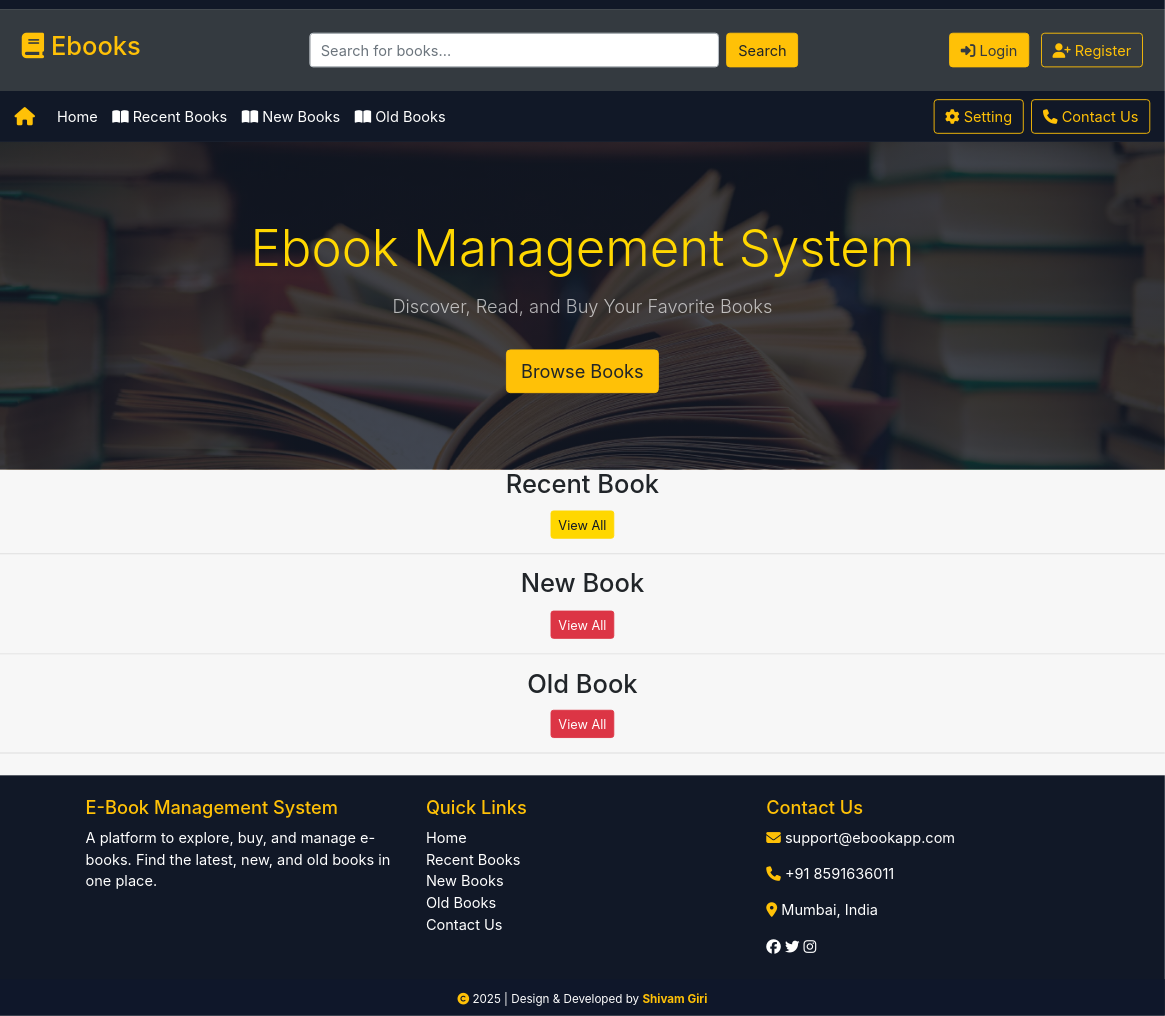
Repository: ShivammGiri29/Ebook
Page: http://localhost/Ebook-App/
The author's editor kept a copy of each file at every save. The page is drawn from the files as they stood at one save, then again after the next save.
The browser window is 1280 px wide. The pictures show the whole page, at 91% of full size.
Some web libraries are served in a nearby version. The page is served by Tomcat 9. Other server files are loaded and not shown. Queries for data that is not in the repository find no rows.

Above is the page before, as saved 2025-09-15 02:36:55.

### Ebook-App/src/main/webapp/index.jsp
<%@page import="com.entity.user"%>
<%@page import="com.entity.BookDtls"%>
<%@page import="java.util.List"%>
<%@page import="com.DAO.BookDAOImpl"%>
<%@ page language="java" contentType="text/html; charset=UTF-8"
	pageEncoding="UTF-8"%>
<%@ page import="java.sql.Connection"%>
<%@ page import="com.DB.DBConnect"%>

<!DOCTYPE html>
<html>
<head>
<meta charset="UTF-8">
<title>Ebook: Index</title>
<%@include file="all_component/allCss.jsp"%>
<style type="text/css">
.back-img {
    background: url("img/book.webp") center/cover no-repeat;
    height: 50vh;
    position: relative;
}

.back-img::after {
    content: "";
    position: absolute;
    top: 0; left: 0; right: 0; bottom: 0;
    background: rgba(0,0,0,0.5);
}

.ebook-title {
    position: relative;
    font-size: 52px;
    font-weight: bold;
    text-align: center;
    text-transform: uppercase;
    color: #fff; /* white text */
    text-shadow: 0 0 10px #ff3c3c, 0 0 20px #ff3c3c, 0 0 40px #ff0000;
    animation: glow 2s infinite alternate;
    z-index: 1;
}

@keyframes glow {
    from {
        text-shadow: 0 0 5px #ff3c3c, 0 0 10px #ff5e5e, 0 0 20px #ff7e7e;
    }
    to {
        text-shadow: 0 0 20px #ff0000, 0 0 30px #ff3333, 0 0 60px #ff6666;
    }
}
.btn-premium {
    background-color: #FFD700; /* Gold */
    color: #111827;            /* Dark text for contrast */
    border: 1px solid #FFD700;
    transition: all 0.3s;
}

.btn-premium:hover {
    background-color: transparent;
    color: #FFD700;
    border: 1px solid #FFD700;
}


.crd-ho:hover {
	background-color: #fcf7f7;
}
</style>
</head>

<body style="background-color: #f7f7f7;">

	<%
	user u = (user) session.getAttribute("userobj");
	%>


	<%@include file="all_component/nav.jsp"%>
	<!-- Hero Section -->
<div class="container-fluid" style="background: linear-gradient(rgba(17,24,39,0.8), rgba(17,24,39,0.8)), url('img/book.webp') center/cover no-repeat; height: 50vh;">
    <div class="d-flex flex-column justify-content-center align-items-center h-100 text-center text-white">
        <h1 class="display-4 fw-bold" style="color: #FFD700;">Ebook Management System</h1>
        <p class="lead mt-2" style="color: #ffffffaa;">Discover, Read, and Buy Your Favorite Books</p>
        <a href="all_recent_book.jsp" class="btn btn-warning btn-lg mt-3">Browse Books</a>
    </div>
</div>

	<!-- RECENT BOOK -->
	<div class="container-fluid">
		<h3 class="text-center">Recent Book</h3>
		<div class="row">
			<%
			BookDAOImpl dao2 = new BookDAOImpl(DBConnect.getConn());
			List<BookDtls> list2 = dao2.getRecentBook();
			for (BookDtls b : list2) {
			%>
			<div class="col-md-3">
				<div class="card crd-ho">
					<div class="card-body text-center">
						<img alt="" src="Book/<%=b.getPhotoName()%>"
							style="width: 150px; height: 200px;" class="img-thumbnail">
						<p><%=b.getBookName()%></p>
						<p><%=b.getAuthor()%></p>
						<p>
							Categories:
							<%=b.getBookCategory()%></p>

						<%
						if (b.getBookCategory().equals("Old")) {
						%>
						<div class="text-center mt-2">
							<a href="view_books.jsp?bid=<%=b.getBookId()%>" class="btn btn-success btn-sm mx-1">View Details</a> <a
								href="" class="btn btn-warning btn-sm mx-1"> <i
								class="fa-solid fa-indian-rupee-sign"></i> <%=b.getPrice()%>
							</a>
						</div>
						<%
						} else {
						%>
						<div class="text-center mt-2">
							<%
							if (u == null) {
							%>
							<a href="login.jsp" class="btn btn-danger btn-sm mx-1"> <i
								class="fa-solid fa-cart-plus"></i> Add Cart
							</a>

							<%
							} else {
							%>
							<a href="cart?bid=<%=b.getBookId()%>&&uid=<%=u.getId()%>"
								class="btn btn-danger btn-sm mx-1"> <i
								class="fa-solid fa-cart-plus"></i> Add Cart
							</a>
							<%
							}
							%>

							<a href="view_books.jsp?bid=<%=b.getBookId()%>"
								class="btn btn-success btn-sm mx-1">View Details</a> <a href=""
								class="btn btn-warning btn-sm mx-1"> <i
								class="fa-solid fa-indian-rupee-sign"></i> <%=b.getPrice()%>
							</a>
						</div>
						<%
						}
						%>
					</div>
				</div>
			</div>
			<%
			}
			%>
		</div>
		<div class="text-center mt-1">
			<a href="all_recent_book.jsp" class="btn btn-premium btn-sm">View All</a>

		</div>
	</div>

	<hr>
	<!-- END OF RECENT BOOKS -->

	<!-- NEW BOOK -->
	<div class="container-fluid">
		<h3 class="text-center">New Book</h3>
		<div class="row">

			<%
			BookDAOImpl dao = new BookDAOImpl(DBConnect.getConn());
			List<BookDtls> list = dao.getNewBook();
			for (BookDtls b : list) {
			%>
			<div class="col-md-3">
				<div class="card crd-ho">
					<div class="card-body text-center">
						<img alt="" src="Book/<%=b.getPhotoName()%>"
							style="width: 150px; height: 200px;" class="img-thumbnail">
						<p><%=b.getBookName()%></p>
						<p><%=b.getAuthor()%></p>
						<p>
							Categories:
							<%=b.getBookCategory()%></p>

						<div class="text-center mt-2">
							<%
							if (u == null) {
							%>
							<a href="login.jsp" class="btn btn-danger btn-sm mx-1"> <i
								class="fa-solid fa-cart-plus"></i> Add Cart
							</a>

							<%
							} else {
							%>
							<a href="cart?bid=<%=b.getBookId()%>&&uid=<%=u.getId()%>"
								class="btn btn-danger btn-sm mx-1"> <i
								class="fa-solid fa-cart-plus"></i> Add Cart
							</a>
							<%
							}
							%>

							<a href="view_books.jsp?bid=<%=b.getBookId()%>"
								class="btn btn-success btn-sm mx-1">View Details</a> <a href=""
								class="btn btn-warning btn-sm mx-1"> <i
								class="fa-solid fa-indian-rupee-sign"></i> <%=b.getPrice()%>
							</a>
						</div>

					</div>
				</div>
			</div>
			<%
			}
			%>

		</div>
		<div class="text-center mt-1">
			<a href="all_new_book.jsp" class="btn btn-danger btn-sm text-white">View
				All</a>
		</div>
	</div>

	<hr>
	<!-- END OF NEW BOOKS -->
	<!-- OLD BOOK -->
	<div class="container-fluid">
		<h3 class="text-center">Old Book</h3>
		<div class="row">
			<%
			BookDAOImpl dao3 = new BookDAOImpl(DBConnect.getConn());
			List<BookDtls> list3 = dao3.getOldBooks();

			for (BookDtls b : list3) {
			%>
			<div class="col-md-3">
				<div class="card crd-ho">
					<div class="card-body text-center">
						<img alt="" src="Book/<%=b.getPhotoName()%>"
							style="width: 150px; height: 200px;" class="img-thumbnail">
						<p><%=b.getBookName()%></p>
						<p><%=b.getAuthor()%></p>
						<p>
							Categories:
							<%=b.getBookCategory()%></p>

						<div class="text-center mt-2">
							<a href="view_books.jsp?bid=<%=b.getBookId()%>"
								class="btn btn-success btn-sm mx-1">View Details</a> <a href=""
								class="btn btn-warning btn-sm mx-1"> <i
								class="fa-solid fa-indian-rupee-sign"></i><%=b.getPrice()%>
							</a>
						</div>

					</div>
				</div>
			</div>
			<%
			}
			%>
		</div>
		<div class="text-center mt-1">
			<a href="all_old_book.jsp" class="btn btn-danger btn-sm text-white">View
				All</a>
		</div>
	</div>
	<hr>

	<!-- END OF OLD BOOKS -->





	<%@include file="all_component/footer.jsp"%>
</body>
</html>

### Ebook-App/src/main/webapp/all_component/allCss.jsp
<link rel="stylesheet"
	href="https://cdn.jsdelivr.net/npm/bootstrap@4.0.0/dist/css/bootstrap.min.css"
	integrity="sha384-Gn5384xqQ1aoWXA+058RXPxPg6fy4IWvTNh0E263XmFcJlSAwiGgFAW/dAiS6JXm"
	crossorigin="anonymous">
<script src="https://code.jquery.com/jquery-3.2.1.slim.min.js"
	integrity="sha384-KJ3o2DKtIkvYIK3UENzmM7KCkRr/rE9/Qpg6aAZGJwFDMVNA/GpGFF93hXpG5KkN"
	crossorigin="anonymous"></script>
<script
	src="https://cdn.jsdelivr.net/npm/popper.js@1.12.9/dist/umd/popper.min.js"
	integrity="sha384-ApNbgh9B+Y1QKtv3Rn7W3mgPxhU9K/ScQsAP7hUibX39j7fakFPskvXusvfa0b4Q"
	crossorigin="anonymous"></script>
<script
	src="https://cdn.jsdelivr.net/npm/bootstrap@4.0.0/dist/js/bootstrap.min.js"
	integrity="sha384-JZR6Spejh4U02d8jOt6vLEHfe/JQGiRRSQQxSfFWpi1MquVdAyjUar5+76PVCmYl"
	crossorigin="anonymous"></script>
<link rel="stylesheet"
	href="https://cdnjs.cloudflare.com/ajax/libs/font-awesome/6.7.2/css/all.min.css"
	integrity="sha512-Evv84Mr4kqVGRNSgIGL/F/aIDqQb7xQ2vcrdIwxfjThSH8CSR7PBEakCr51Ck+w+/U6swU2Im1vVX0SVk9ABhg=="
	crossorigin="anonymous" referrerpolicy="no-referrer" />

<link rel="stylesheet" href="all_component/style.css">

### Ebook-App/src/main/webapp/all_component/nav.jsp
<%@ taglib prefix="c" uri="http://java.sun.com/jsp/jstl/core"%>
<%@page isELIgnored="false"%>

<!-- Top Thin Bar -->
<div class="container-fluid" style="height: 10px; background-color: #111827;"></div>

<!-- Logo + Search + User Section -->
<div class="container-fluid p-4 bg-dark text-white shadow-sm">
  <div class="row align-items-center">

    <!-- Logo -->
    <div class="col-md-3 text-warning">
      <h3>
        <i class="fa-solid fa-book"></i> Ebooks
      </h3>
    </div>

    <!-- Search -->
    <div class="col-md-6">
      <form class="form-inline my-2 my-lg-0" action="search.jsp" method="post">
        <input class="form-control mr-sm-2 w-75" type="search" name="ch"
          placeholder="Search for books..." aria-label="Search">
        <button class="btn btn-warning my-2 my-sm-0" type="submit">Search</button>
      </form>
    </div>

    <!-- User Section -->
    <c:if test="${not empty userobj}">
      <div class="col-md-3 text-right">
        <a href="checkout.jsp" class="btn btn-outline-warning mr-2">
          <i class="fa-solid fa-cart-plus"></i>
        </a>
        <a href="#" class="btn btn-warning text-dark mr-2">
          <i class="fa-solid fa-user"></i> ${userobj.name}
        </a>
        <a href="logout" class="btn btn-danger text-white">
          <i class="fa-solid fa-right-to-bracket"></i> Logout
        </a>
      </div>
    </c:if>

    <c:if test="${empty userobj}">
      <div class="col-md-3 text-right">
        <a href="login.jsp" class="btn btn-warning text-dark mr-2">
          <i class="fa-solid fa-right-to-bracket"></i> Login
        </a>
        <a href="register.jsp" class="btn btn-outline-warning">
          <i class="fa-solid fa-user-plus"></i> Register
        </a>
      </div>
    </c:if>
  </div>
</div>

<!-- Navbar -->
<nav class="navbar navbar-expand-lg" style="background-color: #111827;">
  <a class="navbar-brand text-warning" href="#"><i class="fa-solid fa-house"></i></a>
  <button class="navbar-toggler text-white" type="button" data-toggle="collapse"
    data-target="#navbarSupportedContent" aria-controls="navbarSupportedContent"
    aria-expanded="false" aria-label="Toggle navigation">
    <span class="navbar-toggler-icon"></span>
  </button>

  <div class="collapse navbar-collapse" id="navbarSupportedContent">
    <ul class="navbar-nav mr-auto">
      <li class="nav-item"><a class="nav-link text-white" href="index.jsp">Home</a></li>
      <li class="nav-item"><a class="nav-link text-white" href="all_recent_book.jsp"><i class="fa-solid fa-book-open"></i> Recent Books</a></li>
      <li class="nav-item"><a class="nav-link text-white" href="all_new_book.jsp"><i class="fa-solid fa-book-open"></i> New Books</a></li>
      <li class="nav-item"><a class="nav-link text-white" href="all_old_book.jsp"><i class="fa-solid fa-book-open"></i> Old Books</a></li>
    </ul>
    <form class="form-inline my-2 my-lg-0">
      <a href="setting.jsp" class="btn btn-outline-warning my-2 my-sm-0">
        <i class="fa-solid fa-gear"></i> Setting
      </a>
      <a href="helpline.jsp" class="btn btn-outline-warning my-2 my-sm-0 ml-2">
        <i class="fa-solid fa-phone"></i> Contact Us
      </a>
    </form>
  </div>
</nav>

<!-- Custom Hover Style -->
<style>
  .navbar a.nav-link:hover {
    color: #FBBF24 !important; /* Gold hover */
  }
  .navbar-brand:hover {
    color: #FFD700 !important; /* Premium Gold */
  }
</style>

### Ebook-App/src/main/webapp/all_component/footer.jsp
<footer class="text-white mt-4" style="background-color: #111827;">
  <div class="container p-4">
    <div class="row">

      <!-- About Section -->
      <div class="col-md-4">
        <h5 class="text-warning">E-Book Management System</h5>
        <p>
          A platform to explore, buy, and manage e-books.
          Find the latest, new, and old books in one place.
        </p>
      </div>

      <!-- Quick Links -->
      <div class="col-md-4">
        <h5 class="text-warning">Quick Links</h5>
        <ul class="list-unstyled">
          <li><a href="index.jsp" class="text-white text-decoration-none">Home</a></li>
          <li><a href="all_recent_book.jsp" class="text-white text-decoration-none">Recent Books</a></li>
          <li><a href="all_new_book.jsp" class="text-white text-decoration-none">New Books</a></li>
          <li><a href="all_old_book.jsp" class="text-white text-decoration-none">Old Books</a></li>
          <li><a href="helpline.jsp" class="text-white text-decoration-none">Contact Us</a></li>
        </ul>
      </div>

      <!-- Contact & Social -->
      <div class="col-md-4">
        <h5 class="text-warning">Contact Us</h5>
        <p><i class="fa-solid fa-envelope text-warning"></i> support@ebookapp.com</p>
        <p><i class="fa-solid fa-phone text-warning"></i> +91 8591636011</p>
        <p><i class="fa-solid fa-location-dot text-warning"></i> Mumbai, India</p>

        <!-- Social Media Icons -->
        <a href="#" class="text-white me-3"><i class="fa-brands fa-facebook"></i></a>
        <a href="#" class="text-white me-3"><i class="fa-brands fa-twitter"></i></a>
        <a href="#" class="text-white me-3"><i class="fa-brands fa-instagram"></i></a>
      </div>
    </div>
  </div>

  <!-- Bottom Bar -->
  <div class="text-center p-2" style="background-color: #0f172a;">
    <small>
      <i class="fa-solid fa-copyright text-warning"></i>
      <%= java.time.Year.now() %> | Design & Developed by <b class="text-warning">Shivam Giri</b>
    </small>
  </div>
</footer>

<style>
  footer a:hover {
    color: #FBBF24 !important; /* Gold hover */
  }
  footer i.fa-brands:hover {
    color: #FFD700 !important; /* Bright premium gold */
  }
</style>

### Ebook-App/src/main/java/com/DAO/BookDAO.java
package com.DAO;

import java.util.ArrayList;
import java.util.List;

import com.entity.BookDtls;

public interface BookDAO {
	public boolean addBooks(BookDtls b);
	public List<BookDtls> getAllBooks();
	public BookDtls getBookById(int id);
	public boolean updateEditBooks(BookDtls b);
	public boolean deleteBooks(int id);
	public List<BookDtls> getNewBook();
	public List<BookDtls> getRecentBook();
	public List<BookDtls> getOldBooks();
	public List <BookDtls> getAllRecentBooks();
	public List <BookDtls> getAllNewBooks();
	public List <BookDtls> getAllOldBooks();
	public List<BookDtls> getBookByOld(String email,String cate);
	public boolean oldBookDelete(String email,String cat,int id);
	public  List<BookDtls> getBookBySearch(String ch);





}

### Ebook-App/src/main/java/com/DB/DBConnect.java
package com.DB;

import java.sql.Connection;
import java.sql.DriverManager;

public class DBConnect {
	private static Connection conn;

	public static Connection getConn() {
		try {
			Class.forName("com.mysql.cj.jdbc.Driver");
			conn=DriverManager.getConnection("jdbc:mysql://localhost:3306/ebook","root","Shivam@143");

		} catch (Exception e) {
			e.printStackTrace();
		}
		return conn;
	}

}

### Ebook-App/src/main/webapp/all_component/style.css
.bg-custom{
	background-color:#303f9f;
}
.navbar .nav-item:hover .nav-link{
	background-color:white;
	color:black;
	border-radius:15px;
}

Loaded but not shown: Ebook-App/src/main/java/com/DAO/BookDAOImpl.java (408 lines, source omitted)

After the next save:
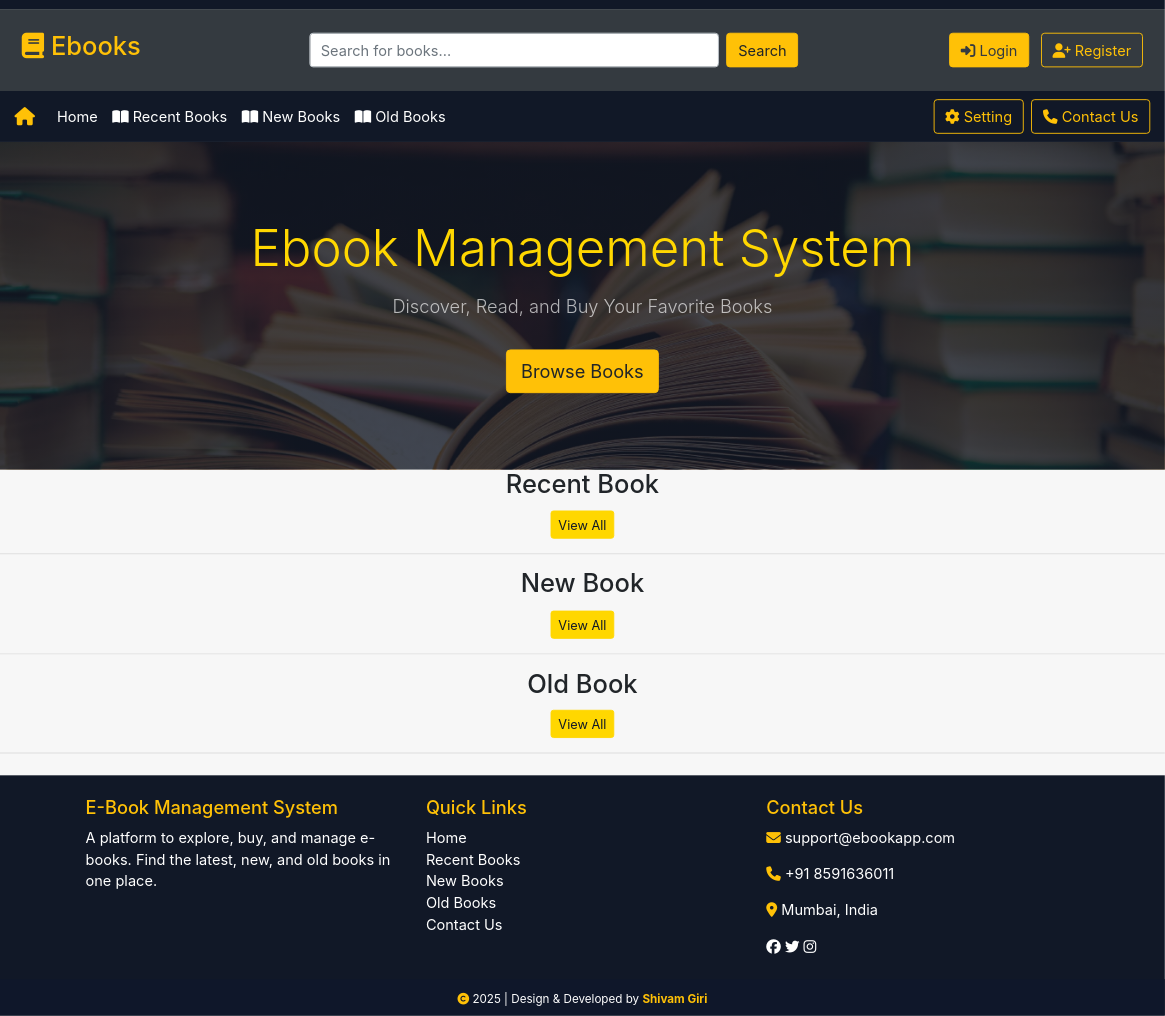
Saved 37 s later.
--- a/Ebook-App/src/main/webapp/index.jsp
+++ b/Ebook-App/src/main/webapp/index.jsp
@@ -216,8 +216,7 @@
 
 		</div>
 		<div class="text-center mt-1">
-			<a href="all_new_book.jsp" class="btn btn-danger btn-sm text-white">View
-				All</a>
+			<a href="all_recent_book.jsp" class="btn btn-premium btn-sm">View All</a>
 		</div>
 	</div>
 
@@ -260,8 +259,8 @@
 			%>
 		</div>
 		<div class="text-center mt-1">
-			<a href="all_old_book.jsp" class="btn btn-danger btn-sm text-white">View
-				All</a>
+			<a href="all_recent_book.jsp" class="btn btn-premium btn-sm">View All</a>
+
 		</div>
 	</div>
 	<hr>
